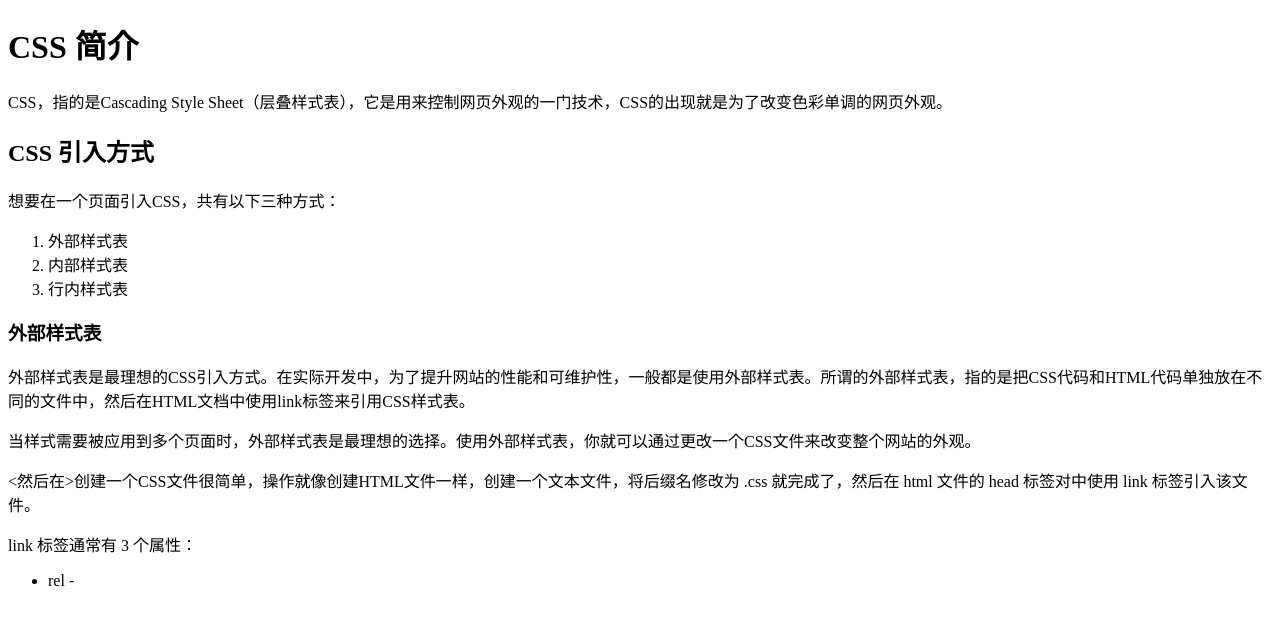
Repository: liang-n/front-end-basics
Page: 11-CSS简介.html
The author's editor kept a copy of each file at every save. The page is drawn from the files as they stood at one save, then again after a run of saves.
The browser window is 1280 px wide. The pictures show the whole page.

Above is the page before, as saved 2022-05-15 20:42:35.

After the next 3 saves:
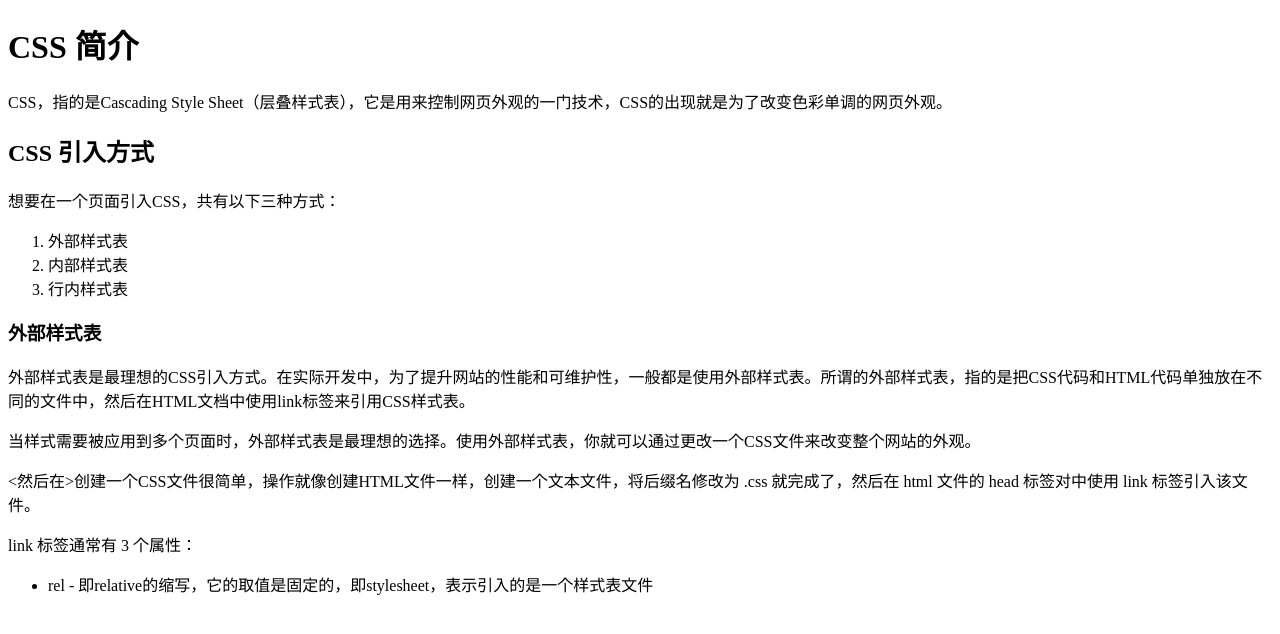
The 3 saves are shown as one change because they came seconds apart.
The last was saved 24 s later.
--- a/11-CSS简介.html
+++ b/11-CSS简介.html
@@ -26,7 +26,7 @@
     <然后在>创建一个CSS文件很简单，操作就像创建HTML文件一样，创建一个文本文件，将后缀名修改为 .css 就完成了，然后在 html 文件的 head 标签对中使用 link 标签引入该文件。</p>
     <p>link 标签通常有 3 个属性：</p>
     <ul>
-        <li>rel - </li>
+        <li>rel - 即relative的缩写，它的取值是固定的，即stylesheet，表示引入的是一个样式表文件</li>
     </ul>
 </body>
 
